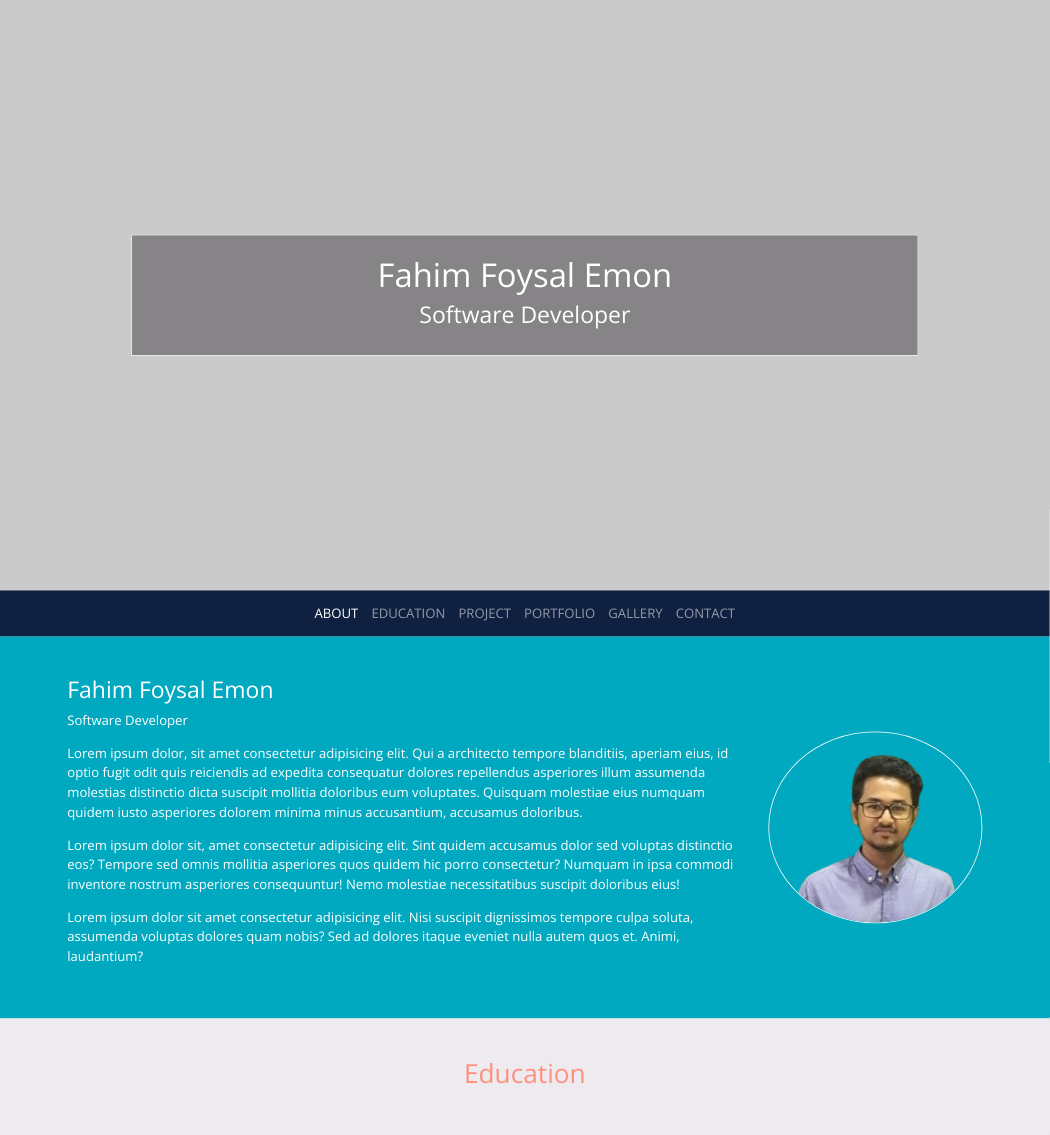
Repository: emowzz/emowzz.github.io
Page: index.html
The author's editor kept a copy of each file at every save. The page is drawn from the files as they stood at one save, then again after the next save.
The browser window is 1280 px wide. The pictures show the whole page, at 82% of full size.
Some web libraries are served in a nearby version.

Above is the page before, as saved 2021-03-17 18:37:03.

After the next save:
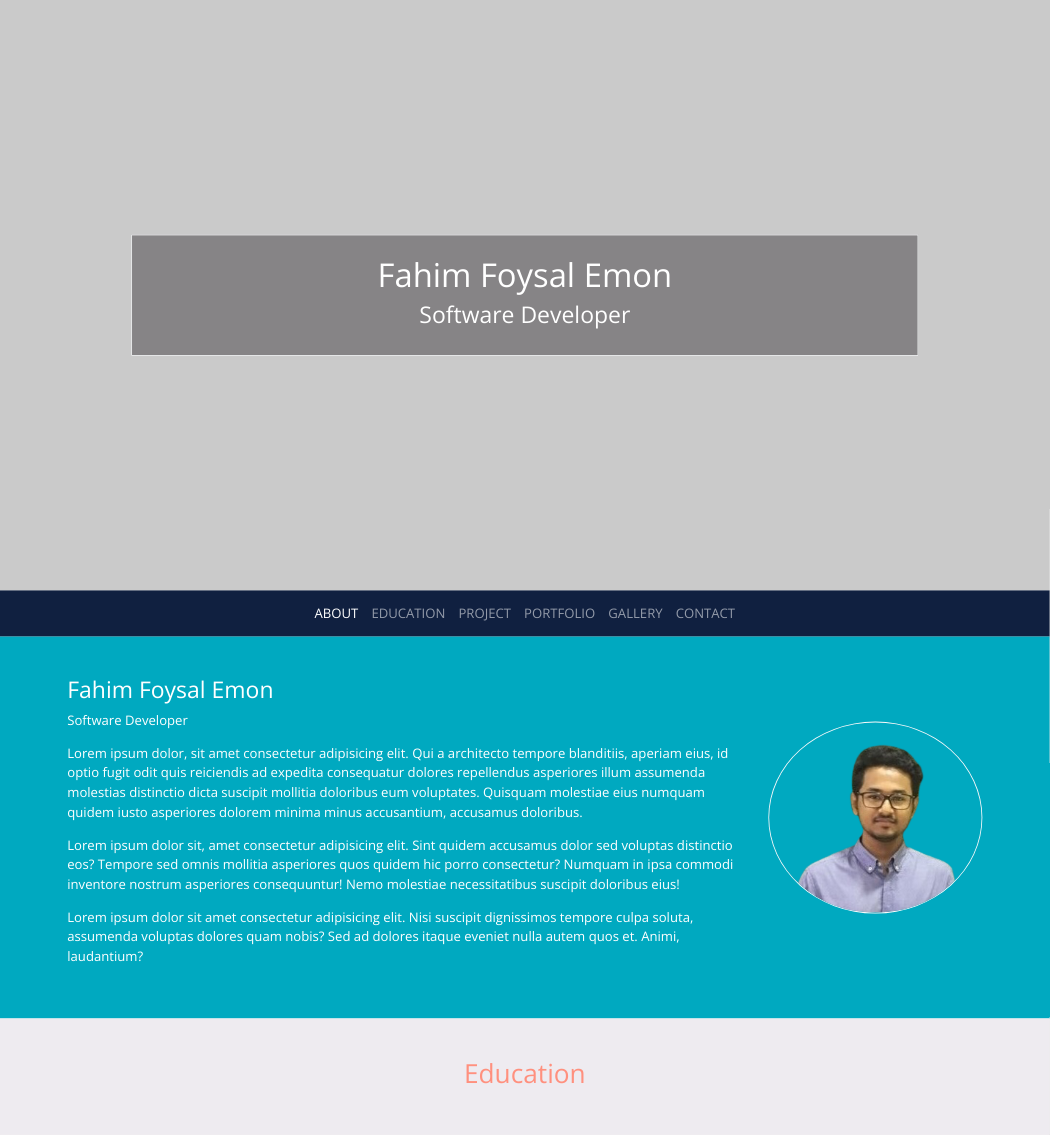
Saved 50 s later.
--- a/index.html
+++ b/index.html
@@ -84,7 +84,7 @@
           </p>
         </div>
 
-        <div class="col-md-3">
+        <div class="col-md-3 mb-4">
           <img src="/Image/myImg.png" alt="" class="img-fluid border rounded-circle border-light">
         </div>
       </div>
